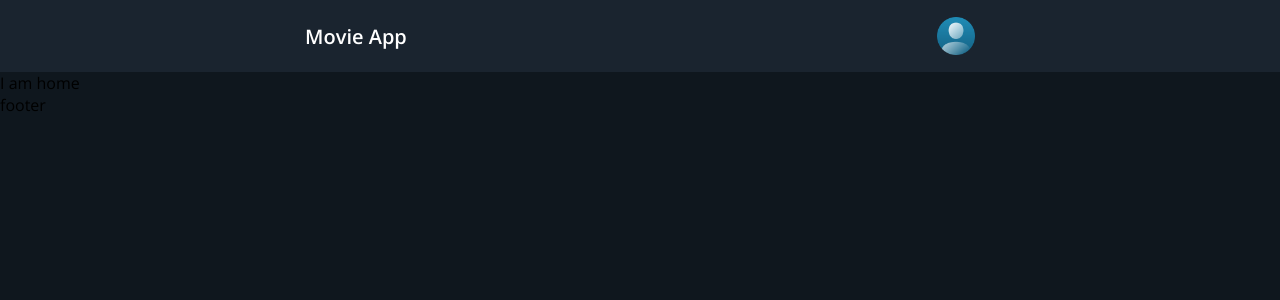
Repository: mahsa199170/React-Redux-Projects
Page: / (app in redux-toolkit-movie-app/)
The author's editor kept a copy of each file at every save. The page is drawn from the files as they stood at one save, then again after the next save.
The browser window is 1280 px wide. The pictures show the whole page.
Some web libraries are served in a nearby version. The project was rebuilt for these pictures with package versions that can differ from the ones it lists, and the page was loaded fresh each time. Also part of the build but not shown: redux-toolkit-movie-app/src/components/movieDetails/MovieDetails.scss, redux-toolkit-movie-app/src/components/movieDetails/MovieDetails.js, redux-toolkit-movie-app/src/components/pageNotFound/PageNotFound.js, redux-toolkit-movie-app/src/components/footer/Footer.scss.

Above is the page before, as saved 2024-11-04 12:22:58.

### redux-toolkit-movie-app/public/index.html
<!DOCTYPE html>
<html lang="en">
  <head>
    <meta charset="utf-8" />
    <link rel="icon" href="%PUBLIC_URL%/favicon.ico" />
    <meta name="viewport" content="width=device-width, initial-scale=1" />
    <meta name="theme-color" content="#000000" />
    <meta
      name="description"
      content="Web site created using create-react-app"
    />
    <link rel="apple-touch-icon" href="%PUBLIC_URL%/logo192.png" />
    <link rel="preconnect" href="https://fonts.googleapis.com" />
    <link rel="preconnect" href="https://fonts.gstatic.com" crossorigin />
    <link
      href="https://fonts.googleapis.com/css2?family=Open+Sans:wght@300;400;600;700&display=swap"
      rel="stylesheet"
    />
    <link
      rel="stylesheet"
      href="https://pro.fontawesome.com/releases/v5.10.0/css/all.css"
      integrity="sha384-AYmEC3Yw5cVb3ZcuHtOA93w35dYTsvhLPVnYs9eStHfGJvOvKxVfELGroGkvsg+p"
      crossorigin="anonymous"
    />

    <title>React App</title>
  </head>
  <body>
    <noscript>You need to enable JavaScript to run this app.</noscript>
    <div id="root"></div>
  </body>
</html>

### redux-toolkit-movie-app/src/App.js
import './App.scss';
import { Route, Routes, BrowserRouter } from 'react-router-dom';
import Home from './components/home/Home';
import MovieDetails from './components/movieDetails/MovieDetails';
import PageNotFound from './components/pageNotFound/PageNotFound';
import Header from './components/header/Header';
import Footer from './components/footer/Footer';

function App() {
  return (
    <div className="app">
      <BrowserRouter>
        <Header />
        <Routes>
          <Route path="/" element={<Home />} />
          <Route path="/movie/:imdbID" element={<MovieDetails />} />
          <Route path="/page-not-found" element={<PageNotFound />} />
        </Routes>
        <Footer />
      </BrowserRouter>
    </div>
  );
}

export default App;

### redux-toolkit-movie-app/src/App.scss
@import '../src/common/colors.scss';

* {
  margin: 0;
  padding: 0;
  box-sizing: border-box;
  font-family: 'Open Sans', sans-serif;
}
a {
  text-decoration: none;
}

body {
  background: $primary-color;
}
.container {
  margin: 0px 40px;
}

### redux-toolkit-movie-app/src/components/home/Home.js
import React from 'react';
import './Home.scss';

const Home = () => {
  return <div>I am home</div>;
};

export default Home;

### redux-toolkit-movie-app/src/components/header/Header.js
import React from 'react';
import './Header.scss';
import { Link } from 'react-router-dom';
import user from '../../images/user.png';
import notFound from '../../images/pnf.jpg';

const Header = () => {
  return (
    <div className="header">
      <Link to="/">
        <div className="logo">Movie App</div>
      </Link>
      <div className="user-image">
        <img src={user} alt="user" />
      </div>
    </div>
  );
};

export default Header;

### redux-toolkit-movie-app/src/components/footer/Footer.js
import React from 'react';
import './Footer.scss';

const Footer = () => {
  return <div>footer</div>;
};

export default Footer;

### redux-toolkit-movie-app/src/components/header/Header.scss
@import '../../common/colors.scss';

.header {
  background-color: $secondary-color;
  height: 72px;
  padding: 0px 40px;
  display: flex;
  align-items: center;
  justify-content: space-around;
}

.logo {
  color: $font-primary;
  font-size: 20px;
  font-weight: 600;
}

.user-image,
.user-image img {
  width: 38px;
  height: 38px;
}

Loaded but not shown: redux-toolkit-movie-app/src/index.js (common file); redux-toolkit-movie-app/src/index.css (common file); redux-toolkit-movie-app/src/common/colors.scss (common file); redux-toolkit-movie-app/src/components/home/Home.scss (no stored copy; drawn as an empty file); redux-toolkit-movie-app/src/components/pageNotFound/PageNotFound.scss (no stored copy; drawn as an empty file)

After the next save:
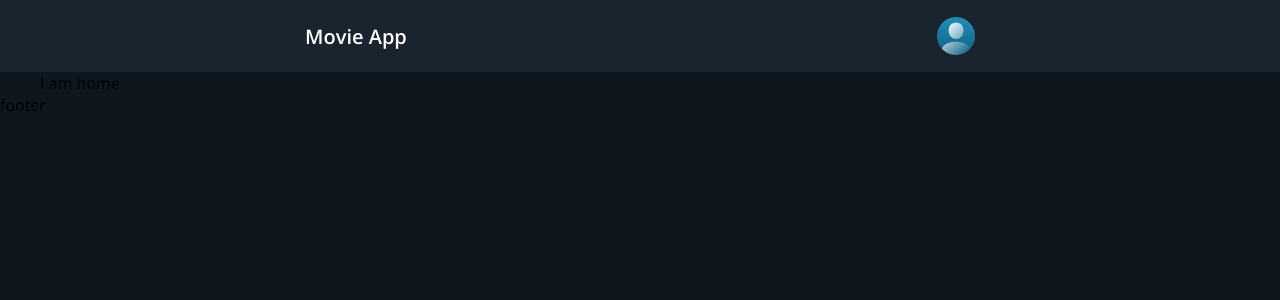
Saved 81 s later.
--- a/redux-toolkit-movie-app/src/App.js
+++ b/redux-toolkit-movie-app/src/App.js
@@ -11,11 +11,13 @@ function App() {
     <div className="app">
       <BrowserRouter>
         <Header />
-        <Routes>
-          <Route path="/" element={<Home />} />
-          <Route path="/movie/:imdbID" element={<MovieDetails />} />
-          <Route path="/page-not-found" element={<PageNotFound />} />
-        </Routes>
+        <div className="container">
+          <Routes>
+            <Route path="/" element={<Home />} />
+            <Route path="/movie/:imdbID" element={<MovieDetails />} />
+            <Route path="/page-not-found" element={<PageNotFound />} />
+          </Routes>
+        </div>
         <Footer />
       </BrowserRouter>
     </div>
